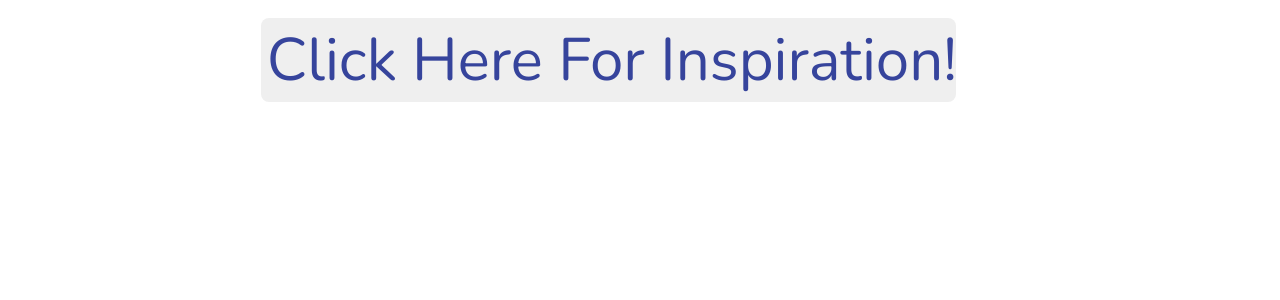
Repository: Hogwartsalumni/Inspire
Page: main.html
The author's editor kept a record of every edit. The page is drawn from the files as they stood at one moment, then again after the next edit.
The browser window is 1280 px wide. The pictures show the whole page.

Above is the page before.

After the next edit:
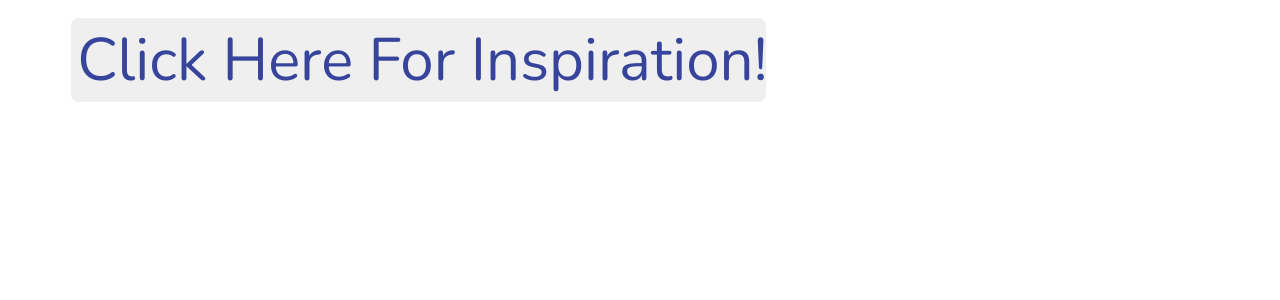
The edit:
--- a/main.css
+++ b/main.css
@@ -7,7 +7,7 @@
     width: 55%;
     text-decoration: none;
     display: inline-block;
-    margin: 10px 20%;
+    margin: 10px 5%;
     cursor: pointer;
     border-radius: 8px;
 }
